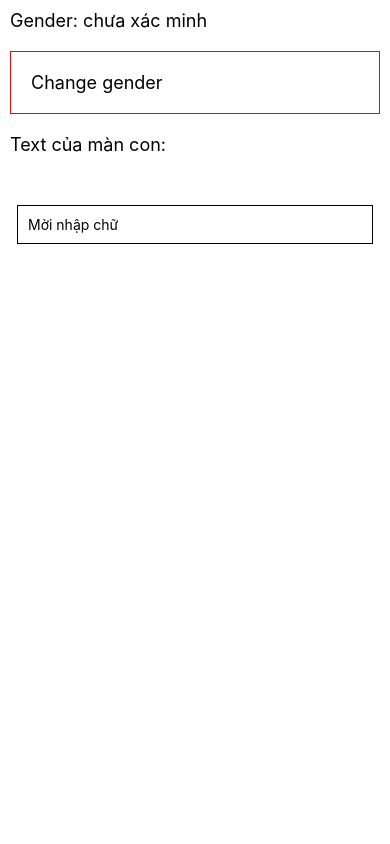
Repository: web345/test
Screen: /
These files come from the project's save history. The screen is drawn as it stood at one moment and after the next save; the edit follows.
The app was drawn by React Native's web renderer in a window 390 px wide. The project was rebuilt for these pictures with package versions that can differ from the ones it lists, and the page was loaded fresh each time.

Above is the screen before, as saved 2021-08-17 14:40:50.

### App.js
import React, {useState} from 'react'
import { View, Text, TextInput, TouchableOpacity, StyleSheet, SafeAreaView } from 'react-native'
import Form2 from "./form2"
export default function App() {


  const [gioitinh, setGioitinh]= useState("chưa xác minh");
  const [text1, settext1]= useState(" ");
  return (
    <SafeAreaView>
      <View style={style.form1}>
    <Text style={style.text} >Gender: {gioitinh}</Text>
    <TouchableOpacity style={style.button}><Text style={style.text}>Change gender</Text></TouchableOpacity>
    <Text style={style.text} >Text của màn con: {text1}</Text>
    </View>
    <Form2/>
    </SafeAreaView>
  )
}

const style =StyleSheet.create({
  text: {
    fontSize: 18,
    margin: 10,
  },
  button: {
    borderWidth: 1,
    padding: 10,
    borderColor: "red",
    margin: 10,
  },
  form1: {
    marginBottom: 30,
  },
});

### form2.js
import React from 'react'
import { View, Text, StyleSheet, TextInput, TouchableOpacity } from 'react-native'

export default function form2() {
    return (
        <View style={style.container}>
        <TextInput placeholder={"Mời nhập chữ"} style={style.input}></TextInput>
        </View>
    )
}

const style=StyleSheet.create({
    container: {
        marginLeft: 7,
        marginRight: 7,
    },
    text: {
        fontSize: 18,
        margin: 10,
      },
      button: {
        borderWidth: 1,
        padding: 10,
        borderColor: "red",
        margin: 10,
      },
      input: {
          borderWidth: 1,
          padding: 10,
          margin: 10,
      }
})

After the next save:
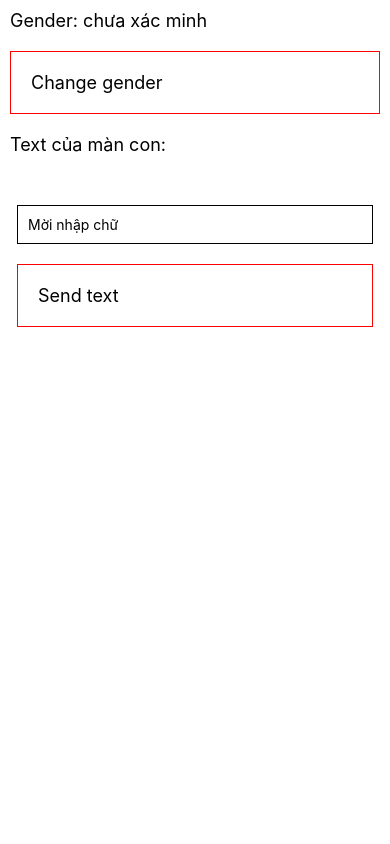
Saved 2 min 16 s later.
--- a/form2.js
+++ b/form2.js
@@ -1,10 +1,12 @@
 import React from 'react'
 import { View, Text, StyleSheet, TextInput, TouchableOpacity } from 'react-native'
 
-export default function form2() {
+export default function form2(props) {
     return (
         <View style={style.container}>
         <TextInput placeholder={"Mời nhập chữ"} style={style.input}></TextInput>
+        <TouchableOpacity style={style.button}><Text style={style.text}>Send text</Text></TouchableOpacity>
+
         </View>
     )
 }
